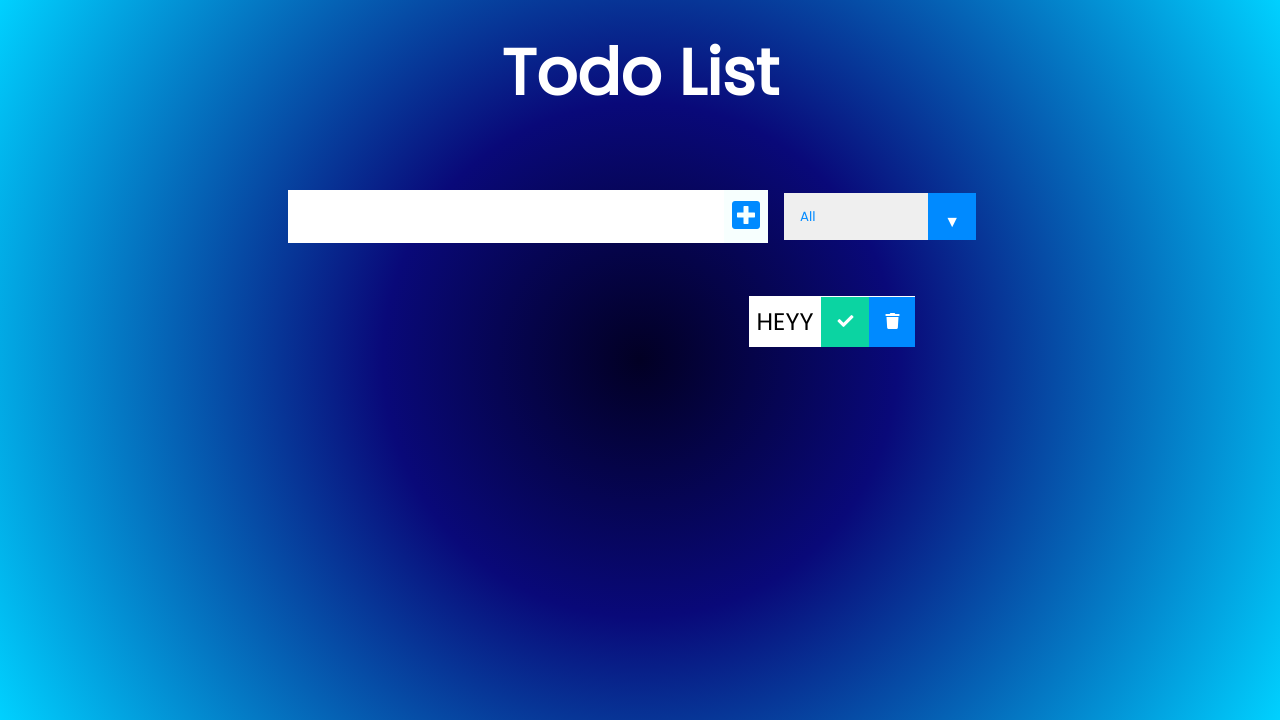
Repository: chellshelove/WADS_Assignment_TodoApp
Page: /
An editor plug-in stored every save of this project. The page is shown before and after the next save, followed by the edit.
The browser window is 1280 px wide. The pictures show the whole page.
Some web libraries are served in a nearby version. The project was rebuilt for these pictures with package versions that can differ from the ones it lists, and the page was loaded fresh each time.

Above is the page before, as saved 2023-03-09 21:00:58.

After the next save:
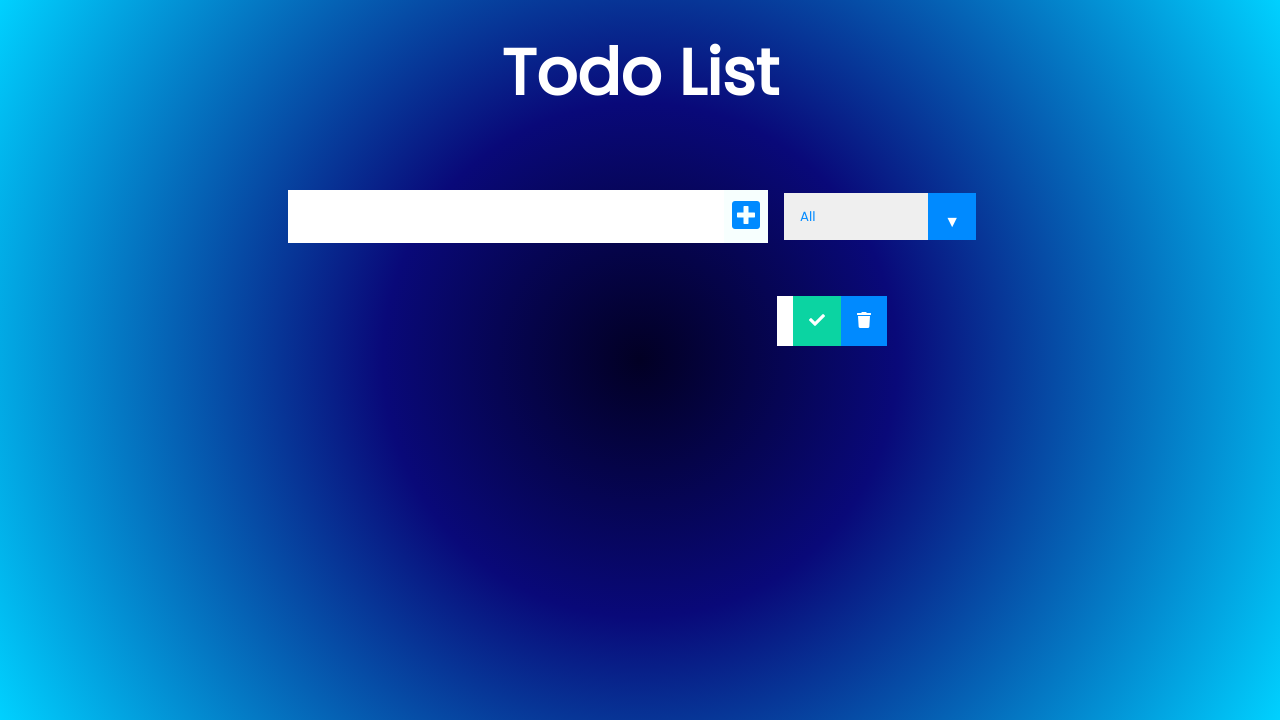
Saved 7 s later.
--- a/src/components/Todo.js
+++ b/src/components/Todo.js
@@ -3,11 +3,11 @@ import React from 'react'
 const Todo = () => {
     return(
         <div className="todo">
-            <li className="todo item">HEYY</li>
+            <li className="todo item"></li>
             <button className="complete-btn">
                 <i className="fas fa-check"></i>
             </button>
-            <button  className="trash-btn ">
+            <button  className="trash-btn">
                 <i className="fas fa-trash"></i>
             </button>
         </div>
